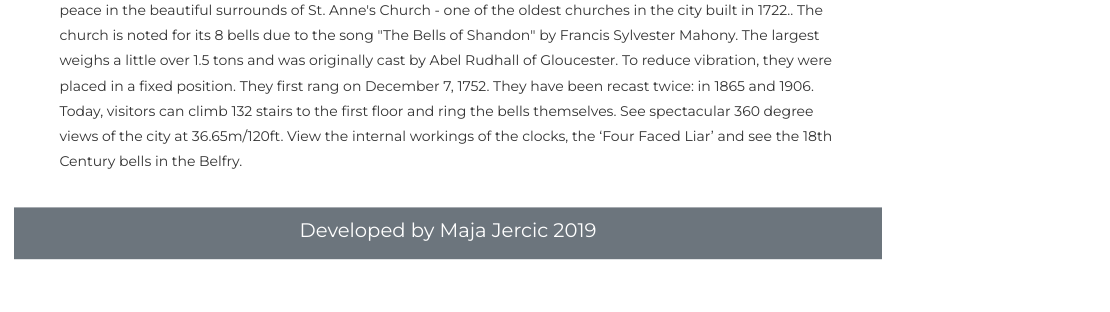
Repository: Maja-Jer/Welcome-to-Cork
Page: see.html
The author's editor kept a record of every edit. The page is drawn from the files as they stood at one moment, then again after the next edit.
The browser window is 1280 px wide. The page is 1585 px wide, so the pictures cover 1585 px, including what lies to the right of the window. The pictures show the part of the page from y = 3155 to 4715 px (the page is 3601 px tall before and 4715 px after), at 70% of full size.
Some web libraries are served in a nearby version.

Above is the page before.
Console error: TypeError: Cannot read properties of undefined (reading 'fn')

### see.html
<!DOCTYPE html>
<html lang="en">

<head>
    <meta charset="UTF-8">
    <meta name="viewport" content="width=device-width, initial-scale=1">
    <meta http-equiv="X-UA-Compatible" content="ie=edge">
    <link rel="stylesheet" href="https://stackpath.bootstrapcdn.com/bootstrap/4.3.1/css/bootstrap.min.css" integrity="sha384-ggOyR0iXCbMQv3Xipma34MD+dH/1fQ784/j6cY/iJTQUOhcWr7x9JvoRxT2MZw1T" crossorigin="anonymous">
    <script src="https://stackpath.bootstrapcdn.com/bootstrap/4.3.1/js/bootstrap.min.js" integrity="sha384-JjSmVgyd0p3pXB1rRibZUAYoIIy6OrQ6VrjIEaFf/nJGzIxFDsf4x0xIM+B07jRM" crossorigin="anonymous"></script>
    <link rel="stylesheet" href="https://use.fontawesome.com/releases/v5.6.1/css/all.css" integrity="sha384-gfdkjb5BdAXd+lj+gudLWI+BXq4IuLW5IT+brZEZsLFm++aCMlF1V92rMkPaX4PP" crossorigin="anonymous">
    <link href="https://fonts.googleapis.com/css?family=Montserrat" rel="stylesheet">
    <link rel="stylesheet" href="assets/style.css" type="text/css" />
    <title>Welcome to Cork, the REAL capital of Ireland</title>
</head>

<body>

    <!---------------Navgation-------->
    <nav class="navbar navbar-light bg-light navbar-expand-sm">
        <a href="/" class="navbar-brand">Welcome to Cork</a>

        <!---------------Dropdown menu-------->
        <button class="navbar-toggler ml-auto" type="button" data-toggle="collapse" data-target="#navbarNavDropdown" aria-controls="navbarNavDropdown" aria-expanded="false" aria-label="Toggle navigation">
        <span class="navbar-toggler-icon"></span></button>

        <div class="collapse navbar-collapse" id="navbarNavDropdown">
            <ul class="navbar-nav mr-auto">
                <li class="nav-item mr-2"><a class="nav-link" href="#see">See</a></li>
                <li class="nav-item mr-2"><a class="nav-link" href="#experience">Experience</a></li>
                <li class="nav-item mr-2"><a class="nav-link" href="#party">Party</a></li>

            </ul>
        </div>

    </nav>

    <!--------------- Title -------->
    <div class="container-fluid mt-3 title">
        <h1>What to see in Cork?</h1>
        <div class="row title-row" <h5>This is a small collection of my favourite must-see places in Cork</h5>
        </div>
    </div>


    <!--------------- Sites -------->

    <div class="container-fluid all-sites>
        <div class= "container ucc-campus">
            <div class= "row ucc-campus">
                <div class= "col-6 ">
                    <h3>UCC Campus</h3>
                </div>
            </div>


        <img src="./assets/photos/ucc-campus.jpg " alt="UCC Campus ">
        <br>
        <h7><a href="https://www.irishexaminer.com/breakingnews/ireland/ucc-isssues-1500-booklets-to-promote-good-relations-between-students-and-local-residents-949665.html ">Photo Source</a></h7>
    </div>


    <div class= "container ucc-description">
        <p col= "ucc-decription">With over 20 000 people studying or working in University College Cork, the draw of the studies there is clear. But when you walk on to the Campus, it’s as if time stopped and you were transported back in time Despite much growth and development
            in recent decades, including considerable ongoing structural developments on the main campus, none of the developments have cast a shadow on the beautiful open grass quadrangle (which, incidentally, undergraduates must not traverse because
            tradition declares that they will fail their exams if they do). The quadrangle is surrounded on three sides by the University's most important old stone buildings, including the stone corridor housing many Ogham stones, and the arch where
            students anxiously come to view their end of year examination results. The stunning Aula Maxima is just off the stone corridor. With some luck you might get to see the statue of Queen Victoria, erected to commemorate Victoria's 1849 visit,
            which is in a locked room (again off the stone corridor). The statue stood on the eastern gable of the Aula Maxima from 1849 until 1934, when it was replaced by a statue of St Finbarr - after which it was buried (for its own protection) in
            the President's garden. It was finally dug up in 1994, but remains under lock and key. Don't miss the Honan Chapel, on campus, with its eleven impressive Harry Clarke stained glass windows
        </p>


    </div>


<div class= "container fitzgerald-park">
            <div class= "row fitzgerald-park">
                <div class= "col-6 ">
                    <h3>Fitzgerald Park</h3>
                </div>
            </div>


        <img src="./assets/photos/fitzgerald-park.jpg " alt="Fitzgerald Park ">
        <br>
        <h7><a href= "http://www.corkenglishcollege.ie/media/4ae2bbd4-2834-4204-b7ae-c0ea07ad30a5/Events/Fitzgerald-Park_jpg ">Photo Source</a></h7>
    </div>


    <div class="container park-description ">
        <p col="park-decription ">Fitzgerald Park home to Cork Public Museum on the Mardyke is just a short distance from Cork City centre and
        the University College Cork. Fitzgerald's Park where the visitor and local alike can enjoy a riverside on the banks of the river Lee.
        Fitzgerald's Park named after a previous Lord Mayor of Cork in 1901, Edward Fitzgerald, offers a quite retreat from the hustle and bustle
        of the city, with its beautiful tree lined avenues, brimming flower beds and rose garden to its many statues and sculptures and the large
        central fountain, this 18 acre park is a wonderful treat. Fitzgerald's Park is a quiet haven, which has a playground for the children and a
        cafe to enjoy the view of the river Lee and across to the gardens and houses of the Sunday's Well area.

        </p>


    </div>


<div class= "container shandon-bells">
            <div class= "row shandon-bells">
                <div class= "col-6 ">
                    <h3>Shandon Bells</h3>
                </div>
            </div>


        <img src="./assets/photos/shandon-bells.jpg " alt="Shandon Bells ">
        <br>
        <h7><a href="http://www.shandonbells.ie/uploads/1/2/6/6/12669090/1388908_orig.jpg">Photo Source</a></h7>
    </div>


    <div class="container shandon-description">
        <p col="shandon-decription">Enjoy the Unique experience of Ringing the world famous Shandon Bells from the first floor.
Unwind and be at peace in the beautiful surrounds of St. Anne's Church - one of the oldest churches in the city built in 1722..﻿
The church is noted for its 8 bells due to the song "The Bells of Shandon" by Francis Sylvester Mahony. The largest weighs a little over 1.5 tons and was originally cast by Abel Rudhall of Gloucester. To reduce vibration, they were placed in a fixed position. They first rang on December 7, 1752. They have been recast twice: in 1865 and 1906. Today, visitors can climb 132 stairs to the first floor and ring the bells themselves. See spectacular 360 degree views of the city at 36.65m/120ft. View the internal workings of the clocks, the ‘Four Faced Liar’ and see the 18th Century bells in the Belfry.


        </p>


    </div>

    </div>


    <!--------------- Footer -------->

    <footer class="bg-secondary mt-5 p-3 ">
        <div class="container-fluid ">
            <div class="col-12 text-white ">
                <h3>Developed by Maja Jercic 2019</h3>
            </div>
        </div>
    </footer>

    <script src="https://stackpath.bootstrapcdn.com/bootstrap/4.3.1/js/bootstrap.min.js " integrity="sha384-JjSmVgyd0p3pXB1rRibZUAYoIIy6OrQ6VrjIEaFf/nJGzIxFDsf4x0xIM+B07jRM " crossorigin="anonymous "></script>
    <script src="https://code.jquery.com/jquery-3.3.1.slim.min.js " integrity="sha384-q8i/X+965DzO0rT7abK41JStQIAqVgRVzpbzo5smXKp4YfRvH+8abtTE1Pi6jizo " crossorigin="anonymous "></script>
    <script src="https://cdnjs.cloudflare.com/ajax/libs/popper.js/1.14.7/umd/popper.min.js " integrity="sha384-UO2eT0CpHqdSJQ6hJty5KVphtPhzWj9WO1clHTMGa3JDZwrnQq4sF86dIHNDz0W1 " crossorigin="anonymous "></script>

</body>


</html>

### assets/style.css
/*----------------------- header*/

head {
  font-family: 'Roboto', sans-serif;
}

body {
  font: 20px Montserrat, sans-serif;
  line-height: 1.8;
  color: #333;
  display: block;
  padding: 10px 20px 75px 20px;


}

/*----------------------navigation bar*/

ul {
  list-style-type: none;
  margin: 0;
  padding: 0;
  overflow: hidden;
  font-weight: normal;
  font-size: 24px;
}

li {
  float: left;
}

navbar-brand {
  color: black;
}

li a {
  display: block;
  color: white;
  text-align: center;
  padding: 14px 16px;
  text-decoration: none;

}

li a:hover {
  background-color: #9FA8DA;
  color: white;
  text-decoration: none;
  font-weight: bold;
}

/*---------------------end of navigation bar*/

.main-container {


}
.container-main-photo {
  max-height: 300px
  max-width: 80%;

}

/* ---------------------------------- Article*/
.article {
  position: relative;
  vertical-align: top;
  background-color: #fff
  margin-bottom: 1em;
  max-width: 830px;
  padding: 2em 0 0 0;
  text-align: left;
}

.site-photo {
  position: relative;
  text-align: center;
  margin-bottom: 1.6em;
}

.site-description {
  margin: 2em 5% 2em 5%;
  font-size: 1.1em;
  line-height: 1.7;
  color: #333;
}


/* ---------------------------------- Title*/

.title {
  text-align: left;
  padding-left:20px;
}

.title-row {
  padding-top: 20px;
  padding-bottom: 20px;


}
/* ---------------------------------- Containers*/

.center {
  display: block;
  margin-left: auto;
  margin-right: auto;
  width: 50%;
}

.container-main-photo {
  max-height: 730px;
  max-width: 1160px;
  padding: 30px;
  margin: 10px;
  overflow: auto;
}


#container-about-cork {
  font-size: 16px;
  margin: 25px 50px 75px;
  padding: 30px;


}
@media screen and (min-width: 600px) {
#container-about-cork {
  font-size: 18px;
  margin: 25px 20px 75px 20px;
  }
}
@media screen and (max-width: 600px) {
#container-about-cork {
  font-size: 14px;
  margin: 25px 10px 75px 20px;
  }
}

.container-ucc-campus {

}



/*---------------------footer*/

.p-3 {
    padding: 1rem!important;
}

.mt-5, .my-5 {
    margin-top: 3rem!important;

}

.bg-secondary {
    background-color: #6c757d!important;
}

.footer {
  width: 100%;
  margin-right: auto;
  margin-left: auto;
}

.text-white {
  color: #fff!important;
}

.col-12 {
  -ms-flex: 0 0 100%;
  flex: 0 0 100%;
  max-width: 100%;
  text-align: center;
}

After the next edit:
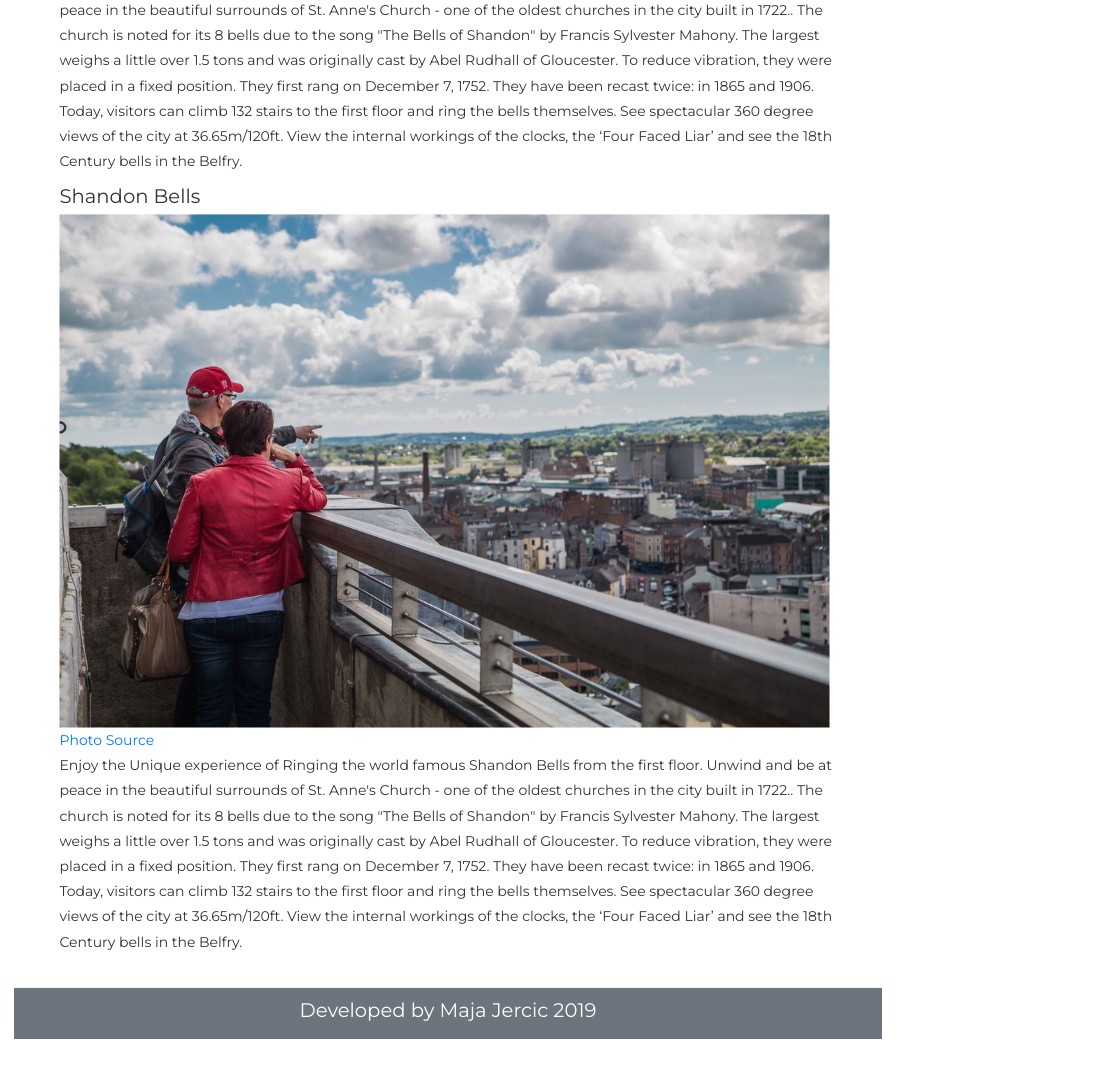
The edit:
--- a/see.html
+++ b/see.html
@@ -125,6 +125,31 @@
 
     </div>
 
+    <div class= "container blackrock-castle">
+            <div class= "row blackrock-castle">
+                <div class= "col-6 ">
+                    <h3>Shandon Bells</h3>
+                </div>
+            </div>
+
+
+        <img src="./assets/photos/shandon-bells.jpg " alt="Shandon Bells ">
+        <br>
+        <h7><a href="http://www.shandonbells.ie/uploads/1/2/6/6/12669090/1388908_orig.jpg">Photo Source</a></h7>
+    </div>
+
+
+    <div class="container shandon-description">
+        <p col="shandon-decription">Enjoy the Unique experience of Ringing the world famous Shandon Bells from the first floor.
+Unwind and be at peace in the beautiful surrounds of St. Anne's Church - one of the oldest churches in the city built in 1722..﻿
+The church is noted for its 8 bells due to the song "The Bells of Shandon" by Francis Sylvester Mahony. The largest weighs a little over 1.5 tons and was originally cast by Abel Rudhall of Gloucester. To reduce vibration, they were placed in a fixed position. They first rang on December 7, 1752. They have been recast twice: in 1865 and 1906. Today, visitors can climb 132 stairs to the first floor and ring the bells themselves. See spectacular 360 degree views of the city at 36.65m/120ft. View the internal workings of the clocks, the ‘Four Faced Liar’ and see the 18th Century bells in the Belfry.
+
+
+        </p>
+
+
+    </div>
+
     </div>
 
 
